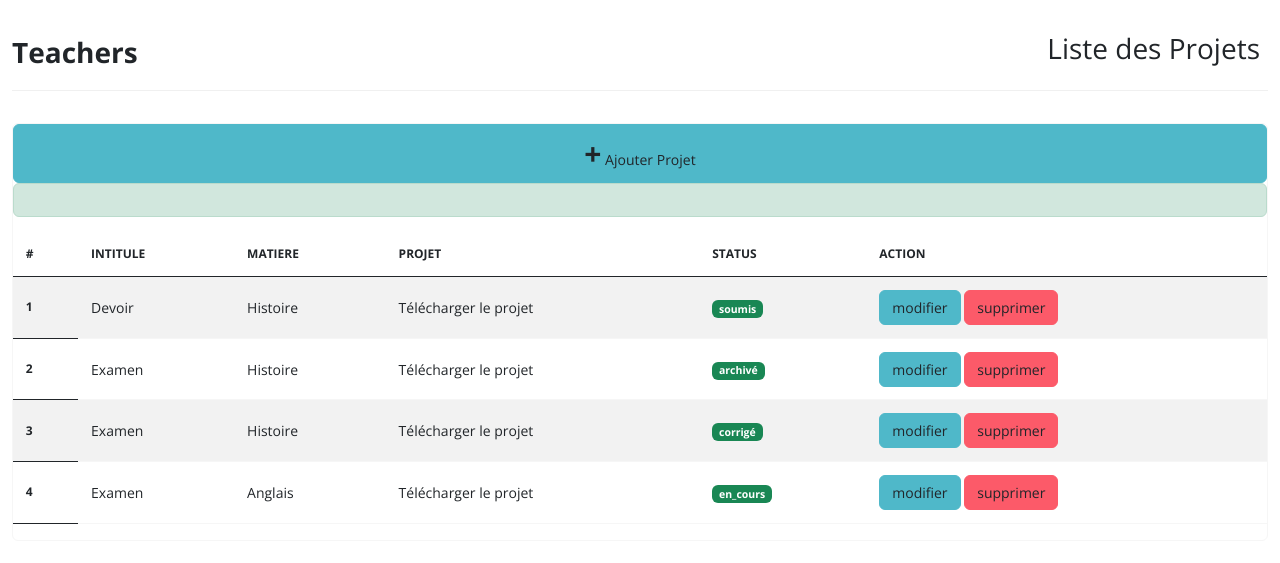
Repository: dimitri0004/Moodle
Page: http://localhost/enseignant/projet/
The author's editor kept a copy of each file at every save. The page is drawn from the files as they stood at one save, then again after the next save.
The browser window is 1280 px wide. The pictures show the whole page.
The page is served by the project's application, run on Django 4.2 (manage.py). The database holds what the project's SQL file puts in it.

Above is the page before, as saved 2023-08-19 03:41:07.
Console error: TypeError: Cannot set properties of null (setting 'innerHTML')

After the next save:
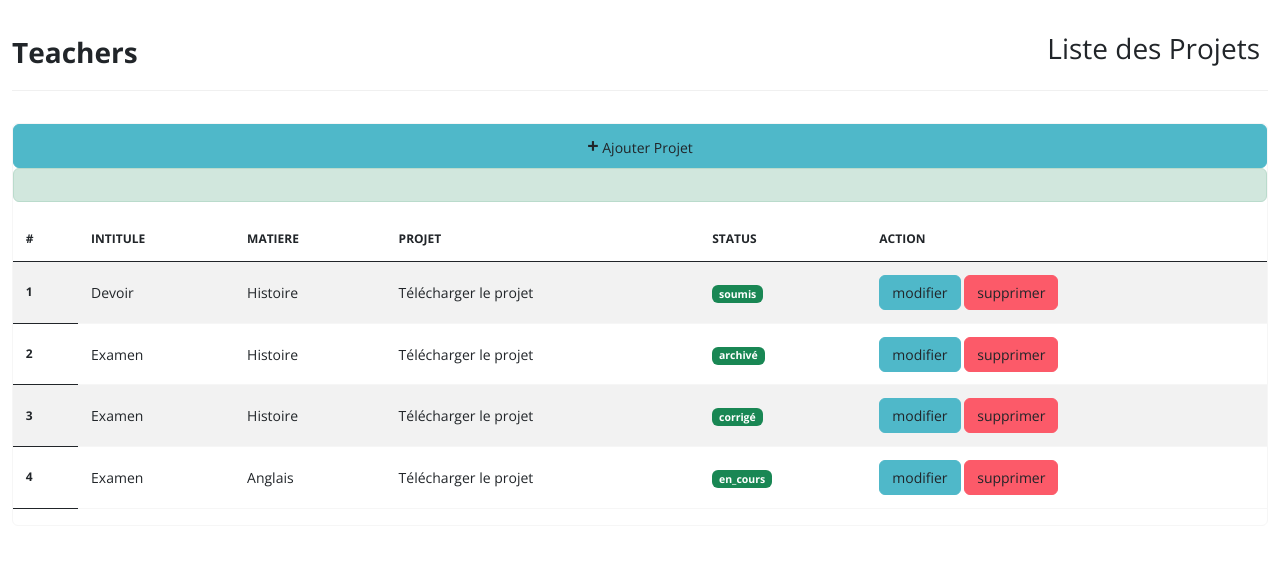
Saved 29 s later.
--- a/templates/Enseignant/Projet/index.html
+++ b/templates/Enseignant/Projet/index.html
@@ -20,7 +20,7 @@
             <div class="col">
                 <h3></h3>
                 <div class="card teacher-card">
-                <a href="{% url 'ajouter_projet' %}" class="btn btn-info"><strong style="font-size: 30px;">+</strong> Ajouter Projet</a>
+                <a href="{% url 'ajouter_projet' %}" class="btn btn-info"><strong style="font-size: 20px;">+</strong> Ajouter Projet</a>
                     <p class="alert alert-success">{{ message }}</p>
 
 
